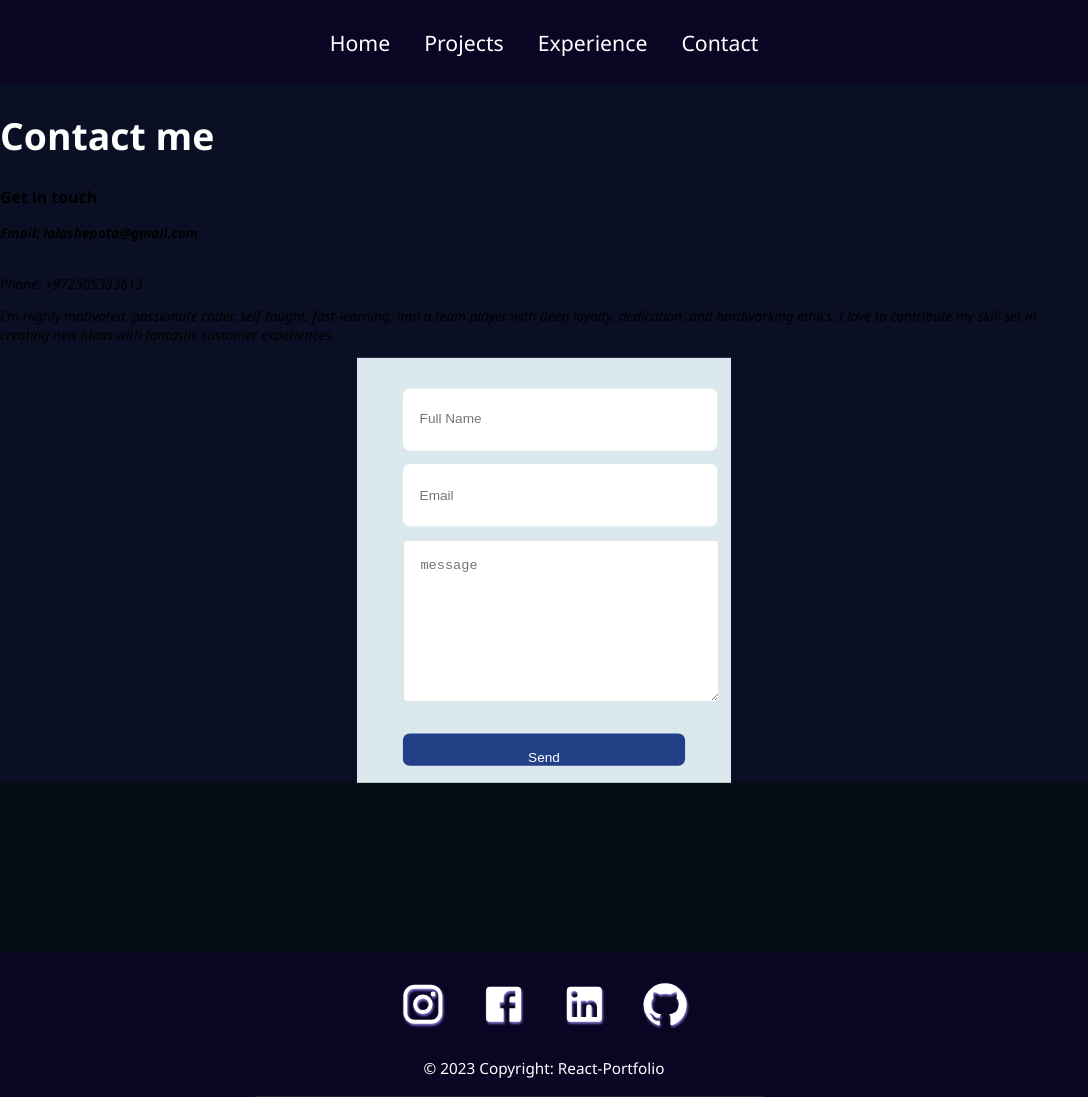
Repository: LolaSL/react-portfolio
Page: /contact
The author's editor kept a copy of each file at every save. The page is drawn from the files as they stood at one save, then again after the next save.
The browser window is 1280 px wide. The pictures show the whole page, at 85% of full size.
The project was rebuilt for these pictures with package versions that can differ from the ones it lists, and the page was loaded fresh each time. Also part of the build but not shown: src/pages/Home/Style.css, src/pages/Home/Home.jsx, src/components/ProjectItem/Style.css, src/components/ProjectItem/ProjectItem.jsx, src/helpers/ProjectList.js, src/pages/Projects/Style.css, src/pages/Projects/Projects.jsx, src/pages/Experience/Style.css and 2 more.

Above is the page before, as saved 2023-09-27 18:02:08.

After the next save:
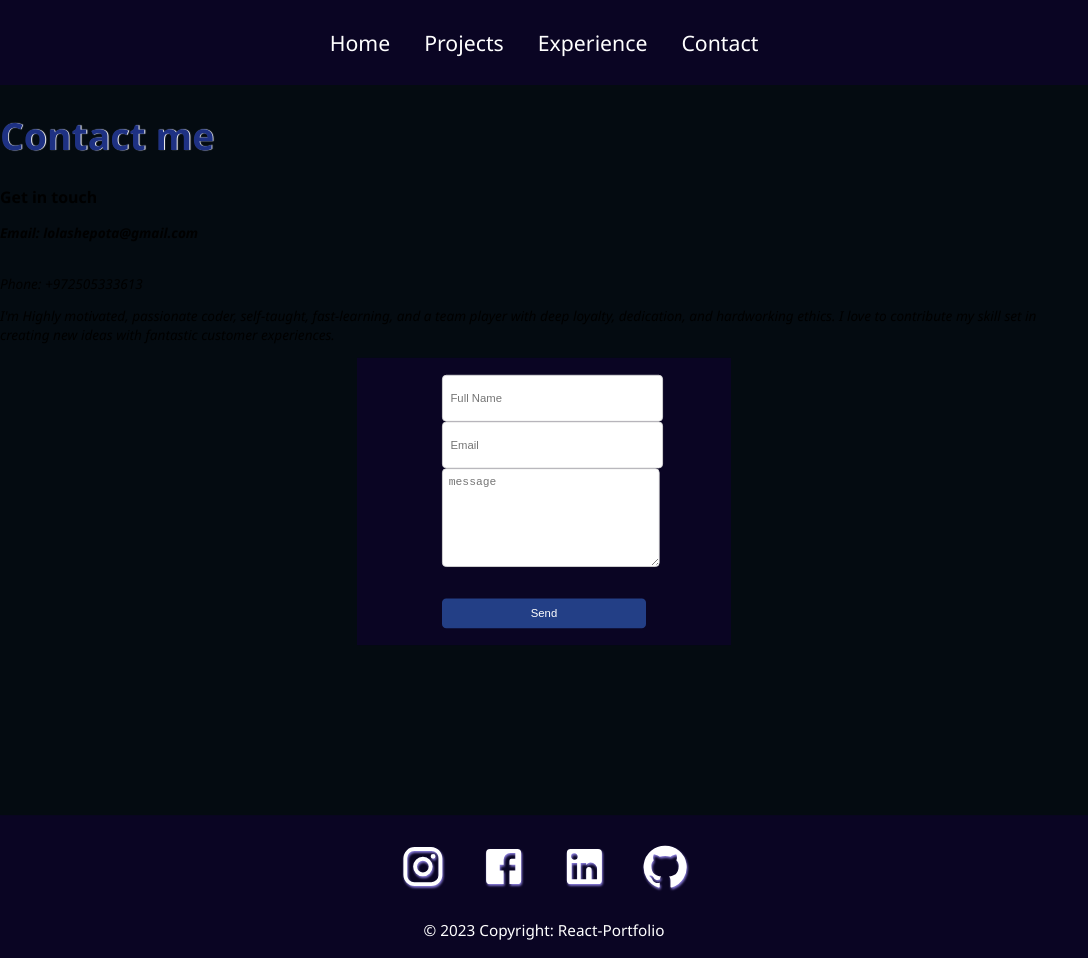
Saved 60 s later.
--- a/src/pages/Contact/Style.css
+++ b/src/pages/Contact/Style.css
@@ -1,11 +1,8 @@
-.container {
-  background-color:#0b0f23
-}
-.contact-form {
+form {
   max-width: 400px;
   margin: 0 auto;
   padding: 20px;
-  background-color: #dbe9ee;
+  background-color: #0a0523;
   display: flex;
   flex-direction: column;
   align-items: center;
@@ -17,8 +14,8 @@
 }
 h1{
   font-size: 44px;
- color: white;
-
+ color: #1e3183;
+ text-shadow: 1px 1px 1px #ffffff;
 
 }
   input {
@@ -33,31 +30,26 @@ h1{
       border: 2px solid rgba(0, 206, 158, 1);
     }
   }
-  input,
+
   textarea {
+    max-width: 100%;
+    min-width: 100%;
     width: 100%;
-    font-size: 1rem;
-    padding: 1.2rem;
-    color: grey;
-    background-color: dark;
-    outline: none;
-    border: none;
-    border-radius: 8px;
-    margin-top: 1rem;
-  }
-  textarea {
-   width: 100%;
     max-height: 100px;
-    border-radius: 8px;
-    padding: 1.2rem;
+    min-height: 100px;
+    padding: 7px;
     outline: none;
     border-radius: 5px;
     border: 1px solid rgb(220, 220, 220);
-    min-height:150px;
-    resize: vertical;
+
     &:focus {
       border: 2px solid rgba(0, 206, 158, 1);
     }
+  }
+
+  label {
+    margin-top: 1rem;
+    margin-bottom: 7px;
   }
 
   input[type="submit"] {
@@ -66,7 +58,6 @@ h1{
     background: #233f86;
     color: white;
     border: none;
-    width: 100%;
   }
   input:hover[type="submit"] {
     margin-top: 2rem;
@@ -75,39 +66,3 @@ h1{
     color: white;
     border: none;
   }
-
-/*
-  .form-group {
-    width: 100%;
-    margin-bottom: 2rem;
-  }
-  label {
-    font-size: 1.8rem;
-  }
-  input,
-  textarea {
-    width: 100%;
-    font-size: 2rem;
-    padding: 1.2rem;
-    color: var(--gray-1);
-    background-color: var(--deep-dark);
-    outline: none;
-    border: none;
-    border-radius: 8px;
-    margin-top: 1rem;
-  }
-  textarea {
-    min-height: 250px;
-    resize: vertical;
-  }
-  button[type='submit'] {
-    background-color: var(--gray-1);
-    color: var(--black);
-    font-size: 2rem;
-    display: inline-block;
-    outline: none;
-    border: none;
-    padding: 1rem 4rem;
-    border-radius: 8px;
-    cursor: pointer;
-  } */
